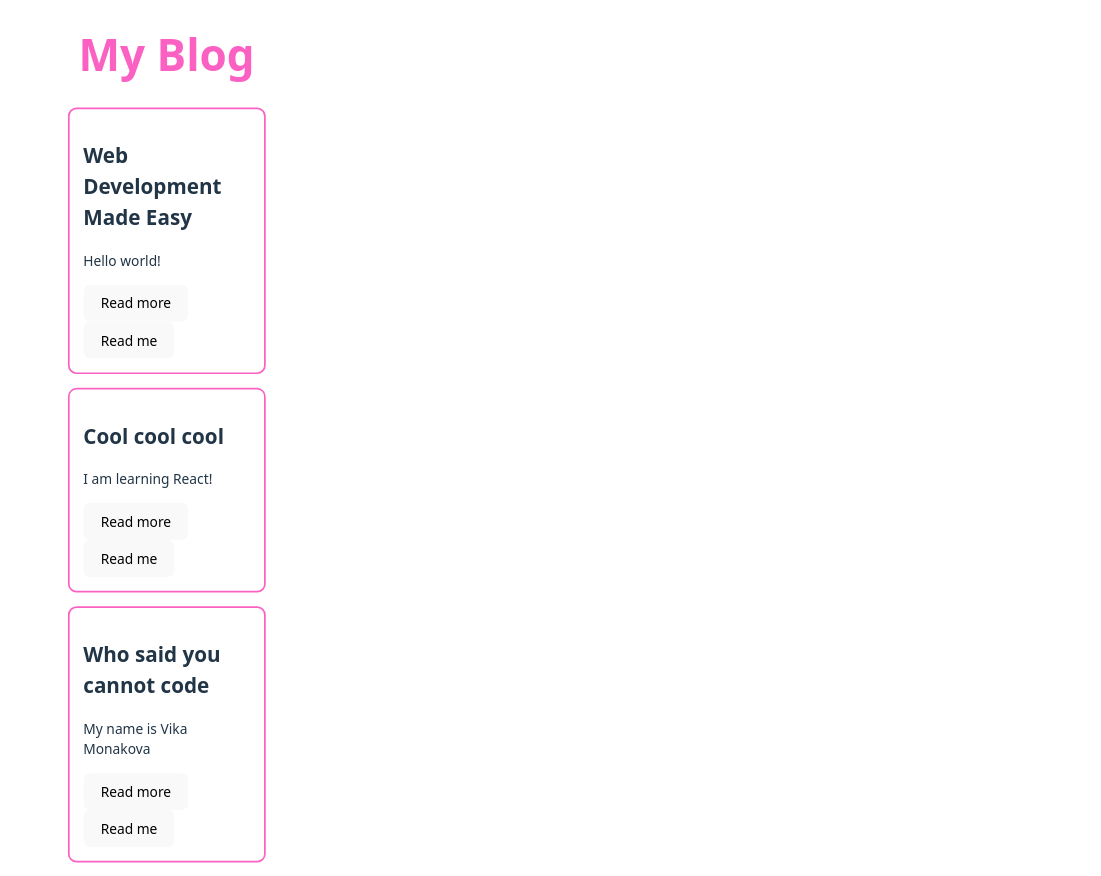
Repository: monavi77/front_web_dev_week1
Page: /
The author's editor kept a copy of each file at every save. The page is drawn from the files as they stood at one save, then again after the next save.
The browser window is 1280 px wide. The pictures show the whole page, at 86% of full size.
The project was rebuilt for these pictures with package versions that can differ from the ones it lists, and the page was loaded fresh each time. Also part of the build but not shown: vite.config.js.

Above is the page before, as saved 2025-09-10 14:08:30.

After the next save:
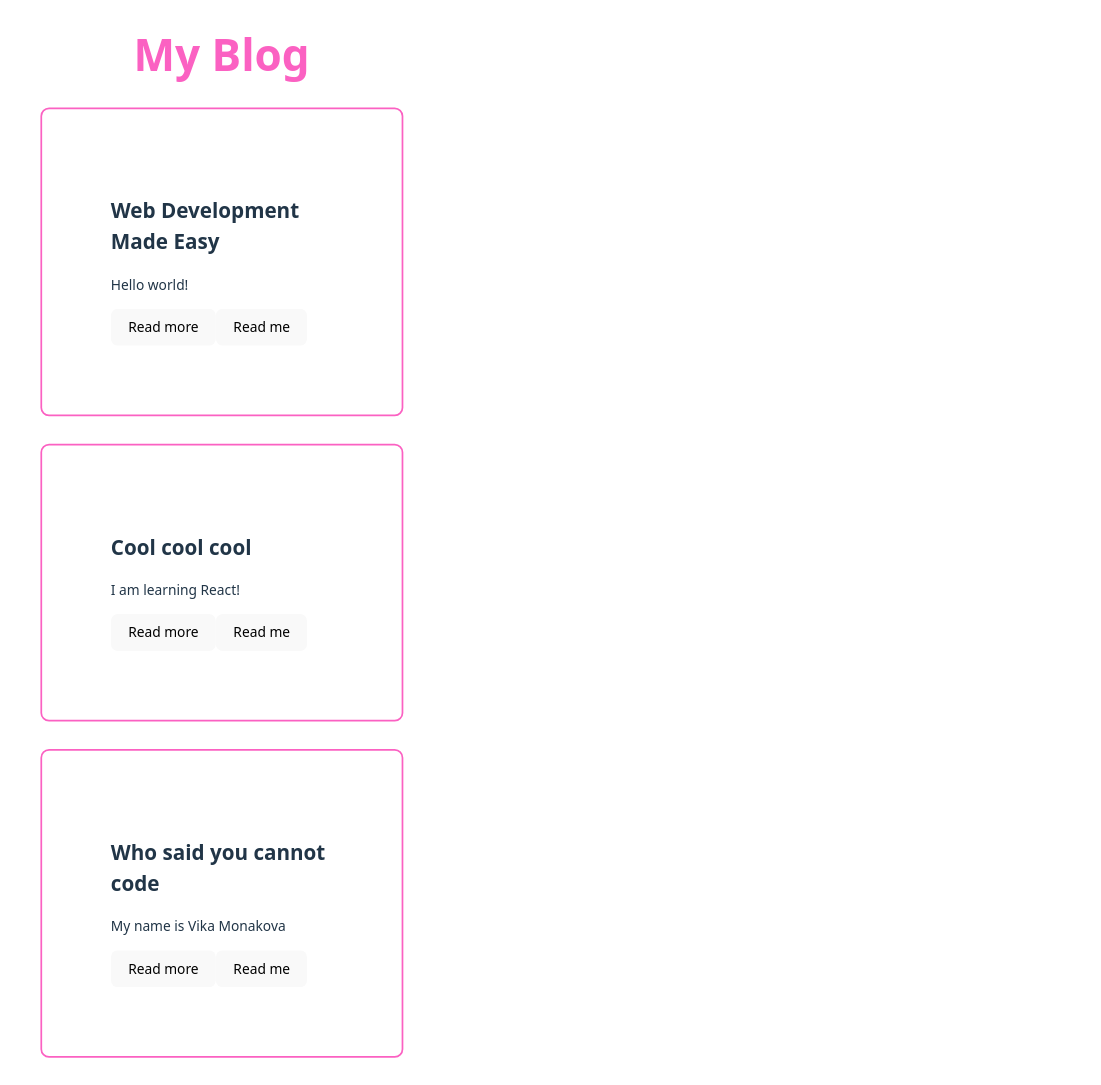
Saved 11 s later.
--- a/src/index.css
+++ b/src/index.css
@@ -75,8 +75,8 @@ h1 {
 .entry {
   border: 2px solid #fb61c2;
   border-radius: 10px;
-  padding: 1em;
-  margin: 1em auto;
+  padding: 5em;
+  margin: 2em auto;
   width: 50%;
   max-width: 600px;
 }
